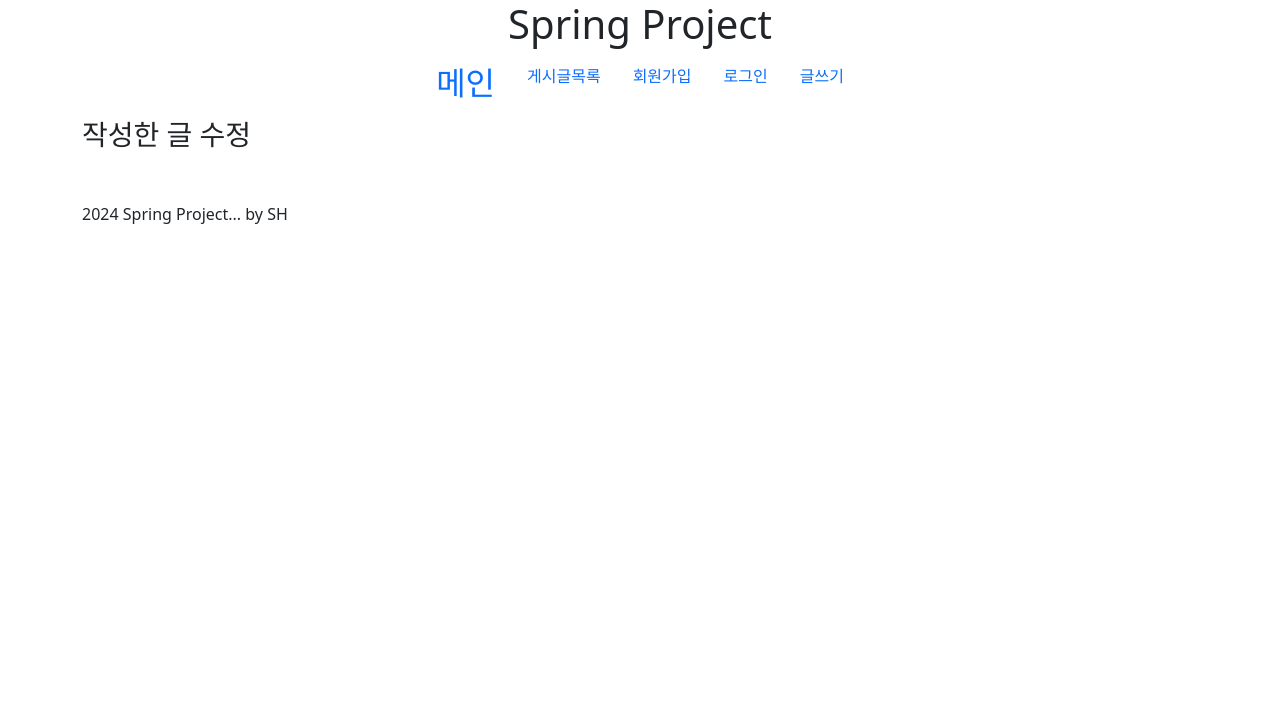
Repository: dtkd19/spring_personal_project
Page: http://localhost/myproject/WEB-INF/views/board/modify.jsp
An editor plug-in stored every save of this project. The page is shown before and after the next save, followed by the edit.
The browser window is 1280 px wide. The pictures show the whole page.
The page is served by Tomcat 9. Nobody is signed in. The template is opened directly, without the code that normally fills it, so the values that code supplies are empty.

Above is the page before, as saved 2024-11-07 02:36:43.

After the next save:
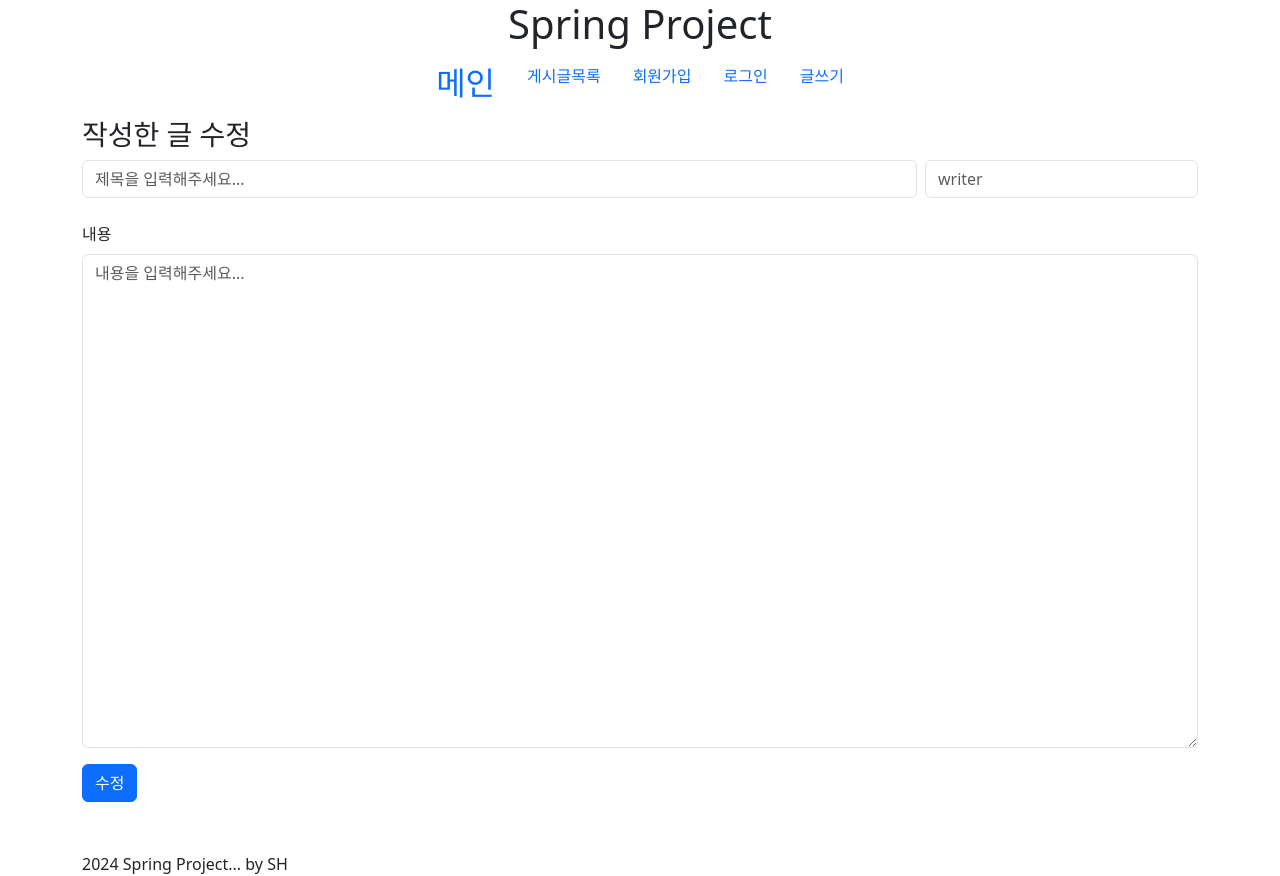
Saved 21 s later.
--- a/myproject/src/main/webapp/WEB-INF/views/board/modify.jsp
+++ b/myproject/src/main/webapp/WEB-INF/views/board/modify.jsp
@@ -8,14 +8,22 @@
 	<h3>작성한 글 수정</h3>
 
 	<form action="/board/modify">
-
-
-
-
-
-
-
-
+		<div class="row g-2">
+			<div class="col-sm-9">
+				<input type="text" class="form-control" id="t" name="title"
+					placeholder="제목을 입력해주세요...">
+			</div>
+			<div class="col-sm">
+				<input type="text" class="form-control" id="w" name="writer"
+					placeholder="writer">
+			</div>
+		</div>
+		<div class="mb-3">
+			<br> <label for="c" class="form-label">내용</label>
+			<textarea class="form-control" id="c" rows="20" cols="5"
+				name="content" placeholder="내용을 입력해주세요..."></textarea>
+		</div>
+		<button type="submit" class="btn btn-primary" id="regBtn">수정</button>
 
 
 	</form>
